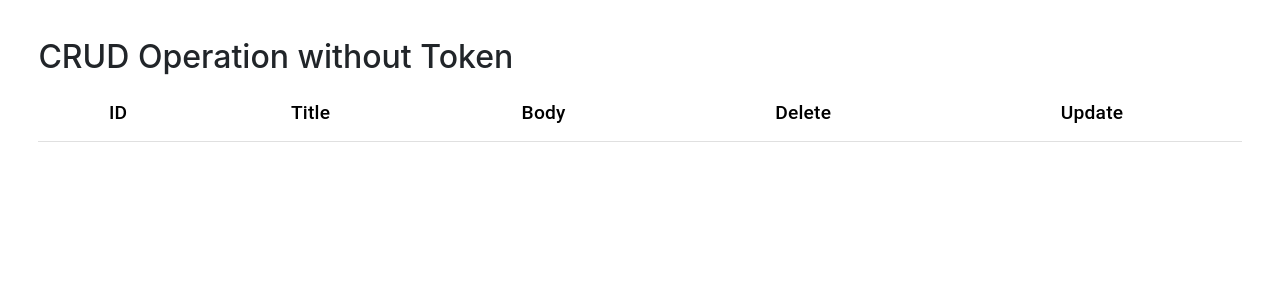
Repository: lalji-yadav/Register-Login-and-CRUD-using-token-and-Without-token-based
Page: /tabledata
These files come from the project's save history. The page is drawn as it stood at one moment and after the next save; the edit follows.
The browser window is 1280 px wide. The pictures show the whole page.
The page's requests for data from a server got no answer. The project was rebuilt for these pictures with package versions that can differ from the ones it lists, and the page was loaded fresh each time. No one was signed in, and anything a server would have sent is missing. Also part of the build but not shown: src/App.css, src/auth/login.js, src/auth/register.js, src/components/reg.js, src/components/table.js, src/components/update.js, src/crud/read.js, src/crud/create.js and 2 more.

Above is the page before, as saved 2021-02-06 15:59:03.

After the next save:
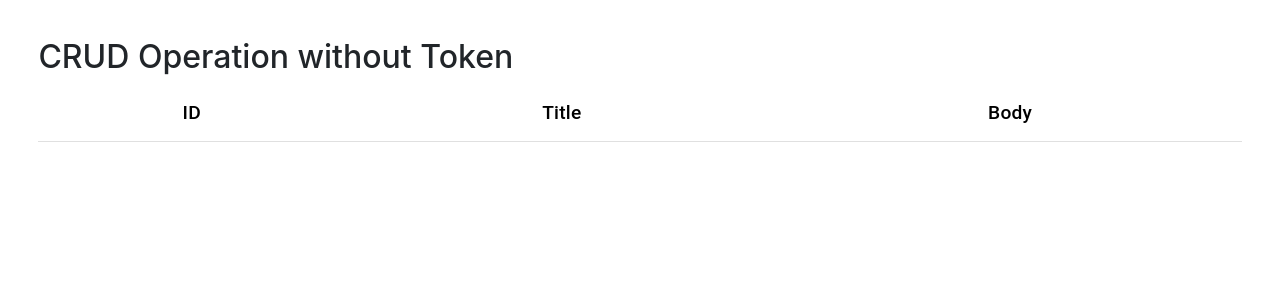
Saved 37 s later.
--- a/src/crud/tabledata.js
+++ b/src/crud/tabledata.js
@@ -33,10 +33,7 @@ const Tabledata = () => {
                             align="center">Title</TableCell>
                             <TableCell style={{ fontSize: "1.5vw", color: "black" }}
                             align="center">Body</TableCell>
-                            <TableCell style={{ fontSize: "1.5vw", color: "black" }}
-                            align="center">Delete</TableCell>
-                            <TableCell style={{ fontSize: "1.5vw", color: "black" }}
-                            align="center">Update</TableCell>
+
                         </TableRow>
                     </TableHead>
 
